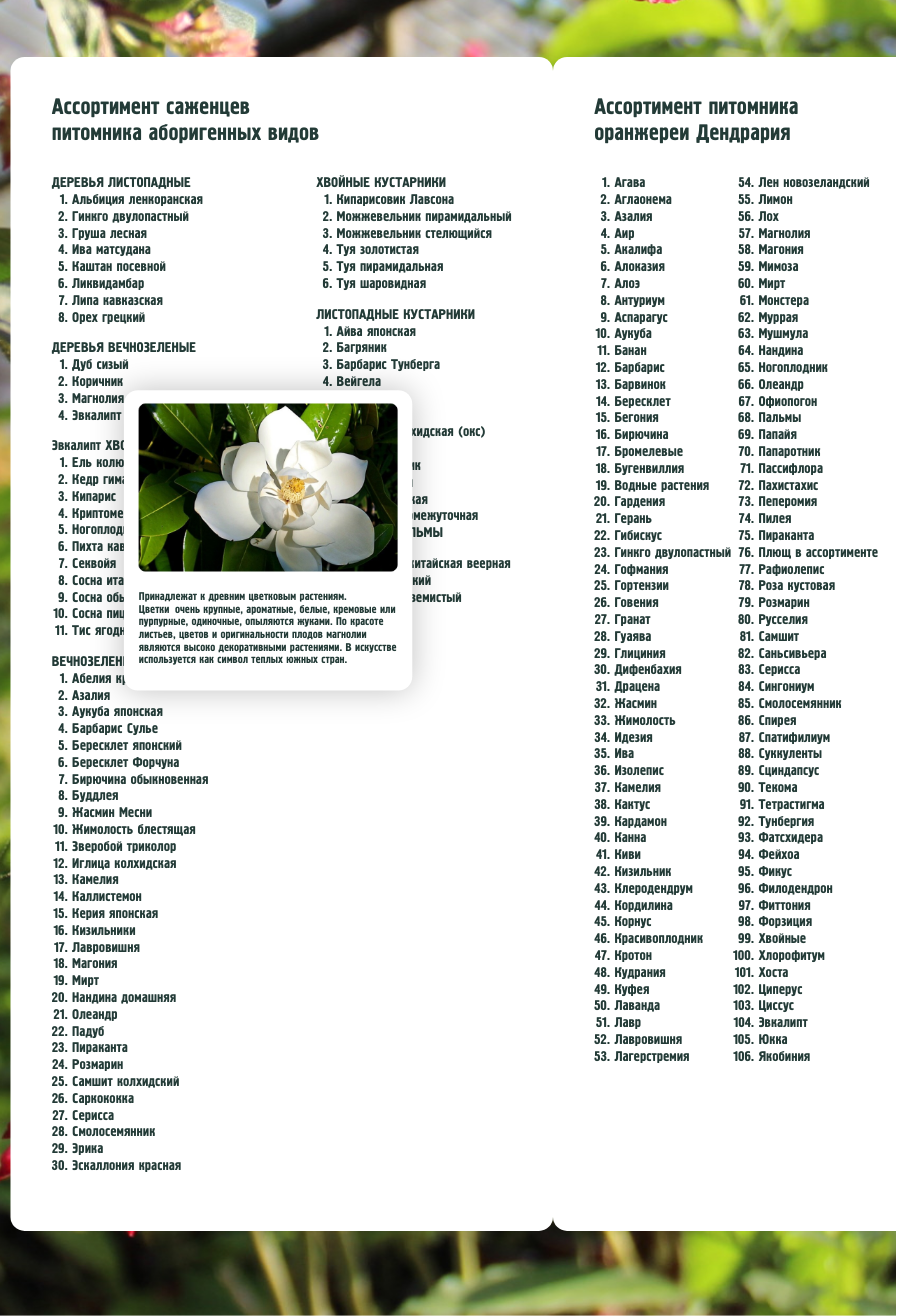
Repository: sem1103/np-sochi
Page: index.html
The author's editor kept a copy of each file at every save. The page is drawn from the files as they stood at one save, then again after the next save.
The browser window is 1280 px wide. The page is 1313 px wide, so the pictures cover 1313 px, including what lies to the right of the window. The pictures show the part of the page from y = 718 to 2598 px (the page is 2598 px tall), at 70% of full size.

Above is the page before, as saved 2024-01-17 22:59:32.

### index.html
<!DOCTYPE html>
<html lang="en">

<head>
    <meta charset="UTF-8">
    <meta name="viewport" content="width=device-width, initial-scale=1.0">
    <title>Сочинский Национальный Парк</title>

    <link rel="stylesheet" href="styles/reset.css">
    <link rel="stylesheet" href="styles/main.css">
</head>

<body>
    <div id="page">
        <header></header>

        <main>
            <div class="top__text container">
                <div class="text__content">
                    <p>
                        Приветствуем на странице питомников Сочинского национального парка!
                    </p>
                    <p>
                        Здесь представлен широкий ассортимент адаптивного посадочного материала из местных семян и
                        черенков растений, прошедших многолетнюю акклиматизацию в условиях Черноморского побережья
                        Кавказа.
                    </p>
                    <p>
                        В парке работают два питомника растений.
                    </p>
                    <p>
                        Питомник в селе Орел-Изумруд специализируется на выращивании кавказских видов. Также здесь можно
                        приобрести такие востребованные экзотические растения, как бамбуки, пальмы и эвкалипты.
                    </p>
                    <p>
                        Производственный питомник парка «Дендрарий» располагает саженцами экзотических деревьев и
                        кустарников для парков, растениями для зимних садов и оранжерей, комнатными растениями, рассадой
                        летников и многолетников, водных растений.
                    </p>
                    <p>
                        Знакомьтесь с ассортиментом посадочного материала и по всем вопросам обращайтесь к сотрудникам
                        Сочинского нацпарка:
                    </p>
                    <ul>
                        <li>начальник Адлерского питомника - Сергей Александрович Хлевный, тел. <a
                                href="tel:+79183030588">8-918-303-05-88</a>;</li>
                        <li>заведующий хозяйством (оранжереи) Дендрария - Рузанна Сергеевна Ашалян, тел.
                            8-918-209-77-79.</li>
                    </ul>
                </div>
                <div class="price__list">
                    <button>Прайс-лист</button>

                </div>
            </div>

            <div class="items__block container">
                <div class="item">
                    <h3>
                        Ассортимент саженцев <br>
                        питомника аборигенных видов
                    </h3>
                    <div>
                        <div class="left__items">
                            <h5>
                                ДЕРЕВЬЯ ЛИСТОПАДНЫЕ
                            </h5>
                            <ol>
                                <li><div>Альбиция ленкоранская</div></li>
                                <li><div>Гинкго двулопастный</div></li>
                                <li><div>Груша лесная</div></li>
                                <li><div>Ива матсудана</div></li>
                                <li><div>Каштан посевной</div></li>
                                <li><div>Ликвидамбар</div></li>
                                <li><div>Липа кавказская</div></li>
                                <li><div>Орех грецкий</div></li>
                            </ol>

                            <h5>
                                ДЕРЕВЬЯ ВЕЧНОЗЕЛЕНЫЕ
                            </h5>
                            <ol>
                                <li><div>Дуб сизый</div></li>
                                <li><div>Коричник</div></li>
                                <li>
                                    <div>Магнолия
                                        <div class="item__card">
                                            <img src="img/manqoliya.png" alt="Магнолия">
                                            <p>
                                                Принадлежат к древним цветковым растениям. Цветки очень крупные, ароматные, белые, кремовые или пурпурные, одиночные, опыляются жуками.  По красоте листьев, цветов и оригинальности плодов магнолии являются высоко декоративными растениями. В искусстве используется как символ теплых южных стран.
                                            </p>
                                        </div>
                                    </div>

                                </li>
                                <li><div>Эвкалипт</div></li>
                            </ol>

                            <h5>Эвкалипт ХВОЙНЫЕ ДЕРЕВЬЯ</h5>
                            <ol>
                                <li><div>Ель колючая голубая</div></li>
                                <li><div>Кедр гималайский</div></li>
                                <li><div>Кипарис </div></li>
                                <li><div>Криптомерия японская</div></li>
                                <li><div>Ногоплодник </div></li>
                                <li><div>Пихта кавказская</div></li>
                                <li><div>Секвойя </div></li>
                                <li><div>Сосна итальянская</div></li>
                                <li><div>Сосна обыкновенная</div></li>
                                <li><div>Сосна пицундская</div></li>
                                <li><div>Тис ягодный ВЕЧНОЗЕЛЕНЫЕ КУСТАРНИКИ</div></li>
                            </ol>

                            <h5>ВЕЧНОЗЕЛЕНЫЕ КУСТАРНИКИ</h5>
                            <ol>
                                <li><div>Абелия крупноцветковая</div></li>
                                <li><div>Азалия</div></li>
                                <li><div>Аукуба японская</div></li>
                                <li><div>Барбарис Сулье</div></li>
                                <li><div>Бересклет японский</div></li>
                                <li><div>Бересклет Форчуна</div></li>
                                <li><div>Бирючина обыкновенная</div></li>
                                <li><div>Буддлея</div></li>
                                <li><div>Жасмин Месни</div></li>
                                <li><div>Жимолость блестящая</div></li>
                                <li><div>Зверобой триколор</div></li>
                                <li><div>Иглица колхидская</div></li>
                                <li><div>Камелия</div></li>
                                <li><div>Каллистемон</div></li>
                                <li><div>Керия японская</div></li>
                                <li><div>Кизильники</div></li>
                                <li><div>Лавровишня</div></li>
                                <li><div>Магония</div></li>
                                <li><div>Мирт</div></li>
                                <li><div>Нандина домашняя</div></li>
                                <li><div>Олеандр</div></li>
                                <li><div>Падуб</div></li>
                                <li><div>Пираканта</div></li>
                                <li><div>Розмарин</div></li>
                                <li><div>Самшит колхидский</div></li>
                                <li><div>Саркококка</div></li>
                                <li><div>Серисса</div></li>
                                <li><div>Смолосемянник</div></li>
                                <li><div>Эрика</div></li>
                                <li><div>Эскаллония красная</div></li>
                            </ol>
                        </div>

                        <div class="right__items">
                            <h5>ХВОЙНЫЕ КУСТАРНИКИ</h5>
                            <ol>
                                <li><div>Кипарисовик Лавсона</div></li>
                                <li><div>Можжевельник пирамидальный</div></li>
                                <li><div>Можжевельник стелющийся</div></li>
                                <li><div>Туя золотистая</div></li>
                                <li><div>Туя пирамидальная</div></li>
                                <li><div>Туя шаровидная</div></li>
                            </ol>

                            <h5>ЛИСТОПАДНЫЕ КУСТАРНИКИ</h5>
                            <ol>
                                <li><div>Айва японская</div></li>
                                <li><div>Багряник</div></li>
                                <li><div>Барбарис Тунберга</div></li>
                                <li><div>Вейгела</div></li>
                                <li><div>Гортензия</div></li>
                                <li><div>Гранатник</div></li>
                                <li><div>Клекачка колхидская (окс)</div></li>
                                <li><div>Лагерстремия</div></li>
                                <li><div>Пузыреплодник</div></li>
                                <li><div>Роза кустовая</div></li>
                                <li><div>Спирея японская</div></li>
                                <li><div>Форзиция промежуточная</div></li>
                                <li><div>Чубушник ПАЛЬМЫ</div></li>
                            </ol>
                            <ol>
                                <li><div>Трахикарпус китайская веерная</div></li>
                                <li><div>Финик канарский</div></li>
                                <li><div>Хамеропс приземистый</div></li>
                            </ol>
                        </div>
                    </div>
                </div>

                <div class="item">
                    <h3>Ассортимент питомника  <br>
                        оранжереи Дендрария</h3>
                    <div>
                        <div class="left__items">
                            <ol>
                                <li><div>Агава</div></li>
                                <li><div>Аглаонема</div></li>
                                <li><div>Азалия</div></li>
                                <li><div>Аир</div></li>
                                <li><div>Акалифа</div></li>
                                <li><div>Алоказия</div></li>
                                <li><div>Алоэ</div></li>
                                <li><div>Антуриум</div></li>
                                <li><div>Аспарагус</div></li>
                                <li><div>Аукуба</div></li>
                                <li><div>Банан</div></li>
                                <li><div>Барбарис</div></li>
                                <li><div>Барвинок</div></li>
                                <li><div>Бересклет</div></li>
                                <li><div>Бегония</div></li>
                                <li><div>Бирючина</div></li>
                                <li><div>Бромелевые</div></li>
                                <li><div>Бугенвиллия</div></li>
                                <li><div>Водные растения</div></li>
                                <li><div>Гардения</div></li>
                                <li><div>Герань</div></li>
                                <li><div>Гибискус</div></li>
                                <li><div>Гинкго двулопастный</div></li>
                                <li><div>Гофмания</div></li>
                                <li><div>Гортензии</div></li>
                                <li><div>Говения</div></li>
                                <li><div>Гранат</div></li>
                                <li><div>Гуаява</div></li>
                                <li><div>Глициния</div></li>
                                <li><div>Дифенбахия</div></li>
                                <li><div>Драцена</div></li>
                                <li><div>Жасмин</div></li>
                                <li><div>Жимолость</div></li>
                                <li><div>Идезия</div></li>
                                <li><div>Ива</div></li>
                                <li><div>Изолепис</div></li>
                                <li><div>Камелия</div></li>
                                <li><div>Кактус</div></li>
                                <li><div>Кардамон</div></li>
                                <li><div>Канна</div></li>
                                <li><div>Киви</div></li>
                                <li><div>Кизильник</div></li>
                                <li><div>Клеродендрум</div></li>
                                <li><div>Кордилина</div></li>
                                <li><div>Корнус</div></li>
                                <li><div>Красивоплодник</div></li>
                                <li><div>Кротон</div></li>
                                <li><div>Кудрания</div></li>
                                <li><div>Куфея</div></li>
                                <li><div>Лаванда</div></li>
                                <li><div>Лавр</div></li>
                                <li><div>Лавровишня</div></li>
                                <li><div>Лагерстремия</div></li>
                            </ol>
                        </div>

                        <div class="right__items">
                            <ol start="54">
                                <li><div>Лен новозеландский</div></li>
                                <li><div>Лимон</div></li>
                                <li><div>Лох</div></li>
                                <li><div>Магнолия</div></li>
                                <li><div>Магония</div></li>
                                <li><div>Мимоза</div></li>
                                <li><div>Мирт</div></li>
                                <li><div>Монстера</div></li>
                                <li><div>Муррая</div></li>
                                <li><div>Мушмула</div></li>
                                <li><div>Нандина</div></li>
                                <li><div>Ногоплодник</div></li>
                                <li><div>Олеандр</div></li>
                                <li><div>Офиопогон</div></li>
                                <li><div>Пальмы</div></li>
                                <li><div>Папайя</div></li>
                                <li><div>Папаротник</div></li>
                                <li><div>Пассифлора</div></li>
                                <li><div>Пахистахис</div></li>
                                <li><div>Пеперомия</div></li>
                                <li><div>Пилея</div></li>
                                <li><div>Пираканта</div></li>
                                <li><div>Плющ в ассортименте</div></li>
                                <li><div>Рафиолепис</div></li>
                                <li><div>Роза кустовая</div></li>
                                <li><div>Розмарин</div></li>
                                <li><div>Русселия</div></li>
                                <li><div>Самшит</div></li>
                                <li><div>Саньсивьера</div></li>
                                <li><div>Серисса</div></li>
                                <li><div>Сингониум</div></li>
                                <li><div>Смолосемянник</div></li>
                                <li><div>Спирея</div></li>
                                <li><div>Спатифилиум</div></li>
                                <li><div>Суккуленты</div></li>
                                <li><div>Сциндапсус</div></li>
                                <li><div>Текома</div></li>
                                <li><div>Тетрастигма</div></li>
                                <li><div>Тунбергия</div></li>
                                <li><div>Фатсхидера</div></li>
                                <li><div>Фейхоа</div></li>
                                <li><div>Фикус</div></li>
                                <li><div>Филодендрон</div></li>
                                <li><div>Фиттония</div></li>
                                <li><div>Форзиция</div></li>
                                <li><div>Хвойные</div></li>
                                <li><div>Хлорофитум</div></li>
                                <li><div>Хоста</div></li>
                                <li><div>Циперус</div></li>
                                <li><div>Циссус</div></li>
                                <li><div>Эвкалипт</div></li>
                                <li><div>Юкка</div></li>
                                <li><div>Якобиния</div></li>
                            </ol>
                        </div>
                    </div>

                </div>
            </div>
        </main>

        <footer></footer>
    </div>
</body>

</html>

### styles/reset.css

:root{
    --gray: #233B37;
}
html{
    scroll-behavior: smooth;
}
html,
body,
div,
span,
applet,
object,
iframe,
h1,
h2,
h3,
h4,
h5,
h6,
p,
blockquote,
pre,
a,
abbr,
acronym,
address,
big,
cite,
code,
del,
dfn,
em,
img,
ins,
kbd,
q,
s,
samp,
small,
strike,
strong,
sub,
sup,
tt,
var,
b,
u,
i,
center,
dl,
dt,
dd,
ol,
ul,
li,
fieldset,
form,
label,
legend,
table,
caption,
tbody,
tfoot,
thead,
tr,
th,
td,
article,
aside,
canvas,
details,
embed,
figure,
figcaption,
footer,
header,
hgroup,
menu,
nav,
output,
ruby,
section,
summary,
time,
mark,
audio,
video {
    margin: 0;
    padding: 0;
    border: 0;
    font-size: 100%;
    font: inherit;
    vertical-align: baseline
}

article,
aside,
details,
figcaption,
figure,
footer,
header,
hgroup,
menu,
nav,
section {
    display: block
}

body {
    line-height: 1;
    font-family: Hermes;
}

ol,
ul {
    list-style: none
}

blockquote,
q {
    quotes: none
}

blockquote:before,
blockquote:after,
q:before,
q:after {
    content: '';
    content: none
}

table {
    border-collapse: collapse;
    border-spacing: 0
}

a {
    text-decoration: none;
    color: var(--gray);
    transition: all .3s ease-in-out
}

a:hover {
    color: #365edc;
}

* {
    box-sizing: border-box
}




.active__menu{
    opacity: .7;
    color: var(--gray);
}
#page{
    min-height: 100vh;
}

.container{
    max-width: 1652px;
    margin: auto;
    padding: 0 15px;
}
main img{
    width: 100%;
    height: auto;
}

### styles/main.css
@import url('https://fonts.googleapis.com/css2?family=Fira+Sans:wght@600&display=swap');
@font-face {
    font-family: 'Hermes';
    src: url('font/hermes.ttf'),
    url(font/hermes.woff),
    url(font/hermes.woff2) ;

}


main{
    background: url(../img/main-bg.png) center/cover;
}
p, li{
    font: 16px 'Hermes';
    color: var(--gray);
}
p{
    margin: 0 0 10px 0;
}
.top__text{
    padding: 142px 10px 108px 10px;
}
.text__content{
    padding: 48px 54px;
    background-color: #fff;
    width: 50%;
    margin: 0 0 30px auto;
    border-radius: 20px;
}
li{
    list-style: disc;
    margin: 0 0 0 20px;
}
.price__list{
    width: 50%;
    margin: 0 0 0 auto;
}
.price__list button{
    padding: 9px 37px;
    font: 600 18px 'Fira Sans';
    margin: 0;
    background: var(--gray);
    color: #fff;
    border: 0;
    border-radius: 10px;
    cursor: pointer;
    transition: all .3s ease-in-out;
}
.price__list button:hover{
    opacity: .8;
}

h3{
    color: var(--gray);
    font: 32px 'Hermes';
    margin: 0 0 40px 0;
}
h5{
    color: var(--gray);
    font: 20px Hermes;
}
.items__block{
    display: flex;
    flex-direction: row;
    justify-content: space-between;
    padding-bottom: 121px;
}
.item{
    flex-basis: calc(50% - 25px);
    background: #fff;
    padding: 52px 59px 61px 59px;
    border-radius: 20px;

}
.item > div{
    display: flex;
    justify-content: space-between;
}
ol{
    margin: 0 0 20px 0;
}
ol li{
    list-style: decimal;
    font: 20px Hermes;
    color: var(--gray);
    margin: 0 0 0 29px;
}
ol div{
    font: inherit;
    color: inherit;
    border: 0;
    padding: 0;
    background: transparent;
    text-align: left;
    cursor: pointer;
    position: relative;
    width: max-content;
}
.left__items{
    margin: 0 10px 0 0;
}
.item__card{
    position: absolute;
    z-index: 99;
    background: #fff;
    padding: 19px 21px 25px 21px;
    border-radius: 20px;
    box-shadow: 0px 0px 45px 0px #00000040;
    left: 100%;
    width: 412px;
    top: 0;
}
.item__card img{
    margin: 0 0 21px 0;
}




/*Media*/
@media only screen and (max-width:1200px) {
    .items__block{
        flex-direction: column;
    }
    .item:first-child{
        margin: 0 0 50px 0;
    }
}
@media only screen and (max-width:1000px) {
    .text__content, .price__list{
        width: 100%;
    }

}
@media only screen and (max-width:768px){
    .top__text{
        padding: 19px 10px 31px 10px;
    }
}

@media only screen and (max-width:450px){
    .price__list button{
        width: 100%;
    }
    .item:first-child {
        margin: 0 0 15px 0;
    }
    .item{
        padding: 16px 20px 24px 20px;
    }
    .item > div{
        flex-direction: column;
    }
}

After the next save:
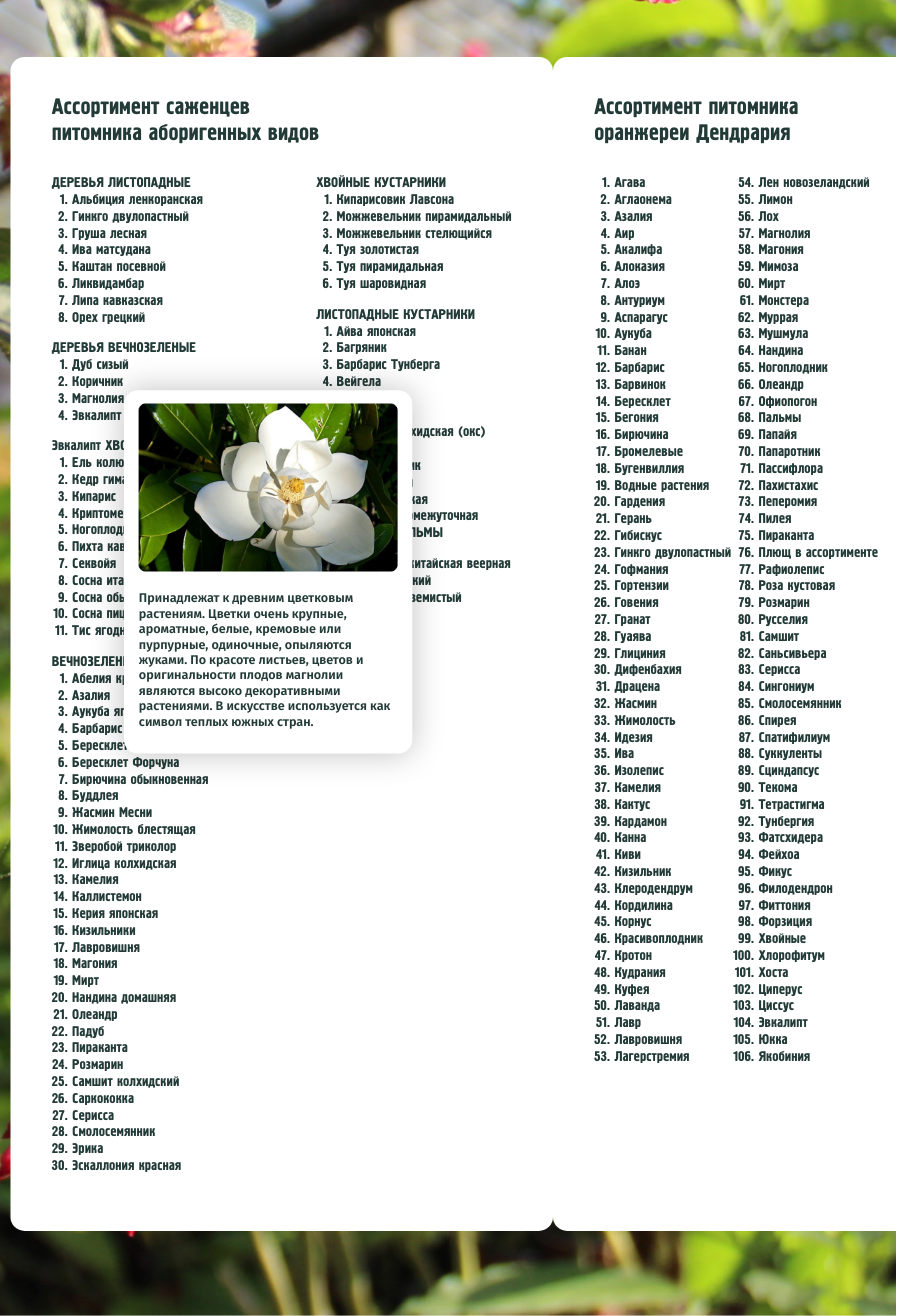
Saved 39 s later.
--- a/styles/main.css
+++ b/styles/main.css
@@ -114,6 +114,9 @@ ol div{
 .item__card img{
     margin: 0 0 21px 0;
 }
+.item__card p{
+    font: 600 18px 'Fira Sans';
+}
 
 
 
